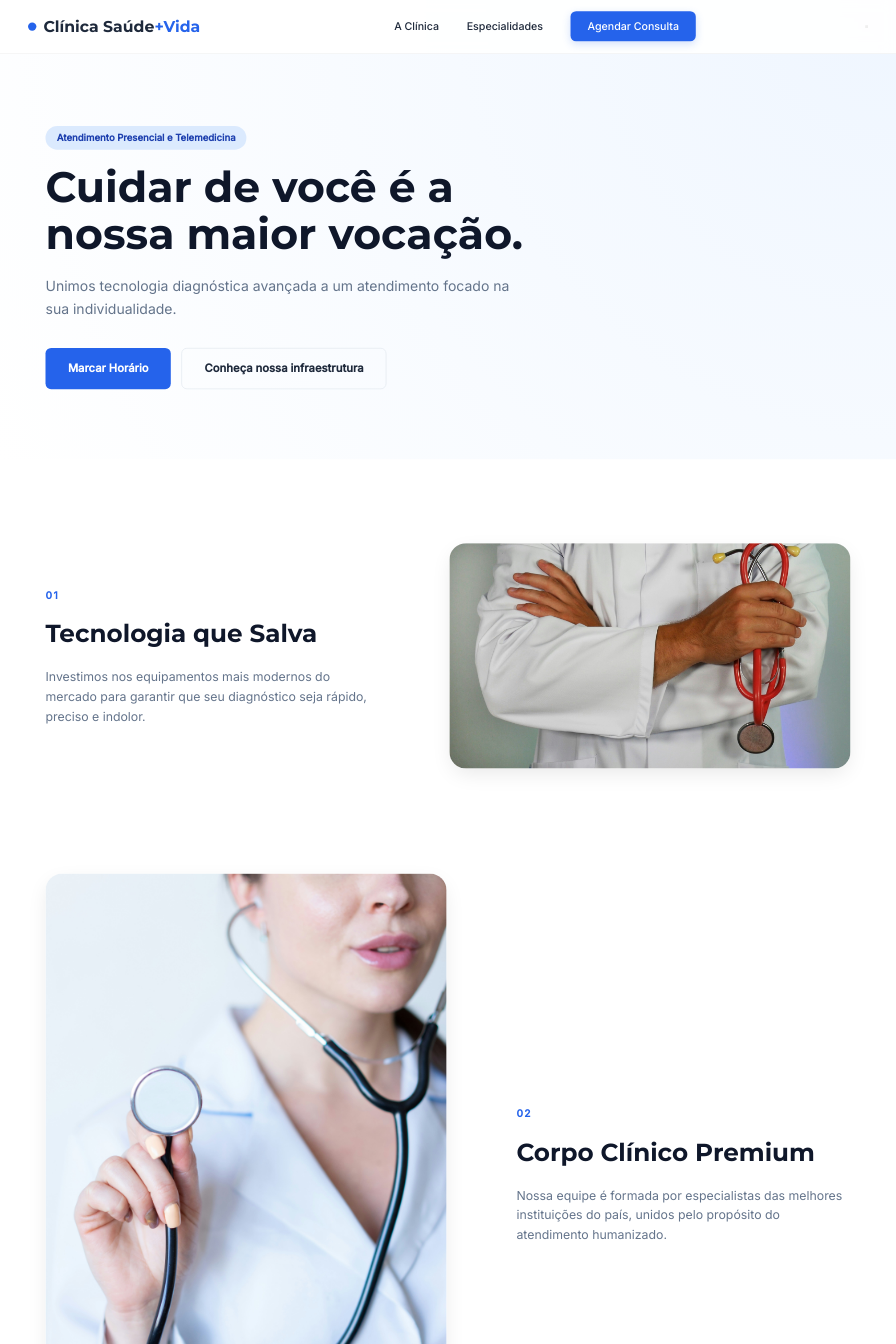
Repository: Sandro1969-tech/desafio-clinica
Page: index.html
The author's editor kept a copy of each file at every save. The page is drawn from the files as they stood at one save, then again after the next save.
The browser window is 1280 px wide. The pictures show the part of the page from y = 0 to 1920 px (the page is 3129 px tall), at 70% of full size.
A picture or video elsewhere on the page could not be fetched, so the positions and the page height are approximate.

Above is the page before, as saved 2025-12-17 20:21:12.

After the next save:
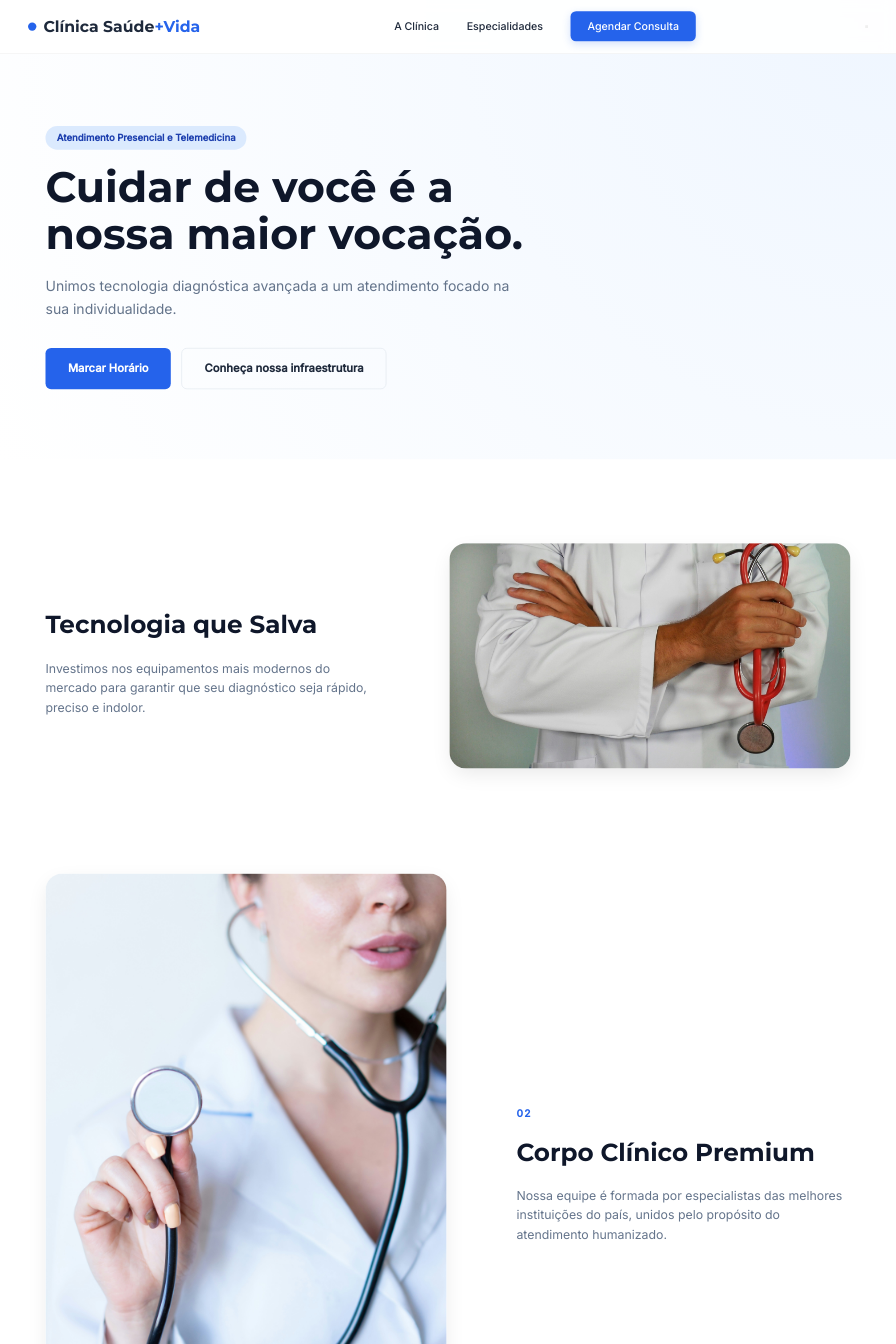
Saved 3 min 47 s later.
--- a/index.html
+++ b/index.html
@@ -51,7 +51,7 @@
 
                 <div class="row-experience">
                     <div class="col-text" data-aos="fade-up">
-                        <span class="step-number">01</span>
+                        <span class="step-number"></span>
                         <h3>Tecnologia que Salva</h3>
                         <p>Investimos nos equipamentos mais modernos do mercado para garantir que seu diagnóstico seja rápido, preciso e indolor.</p>
                     </div>
